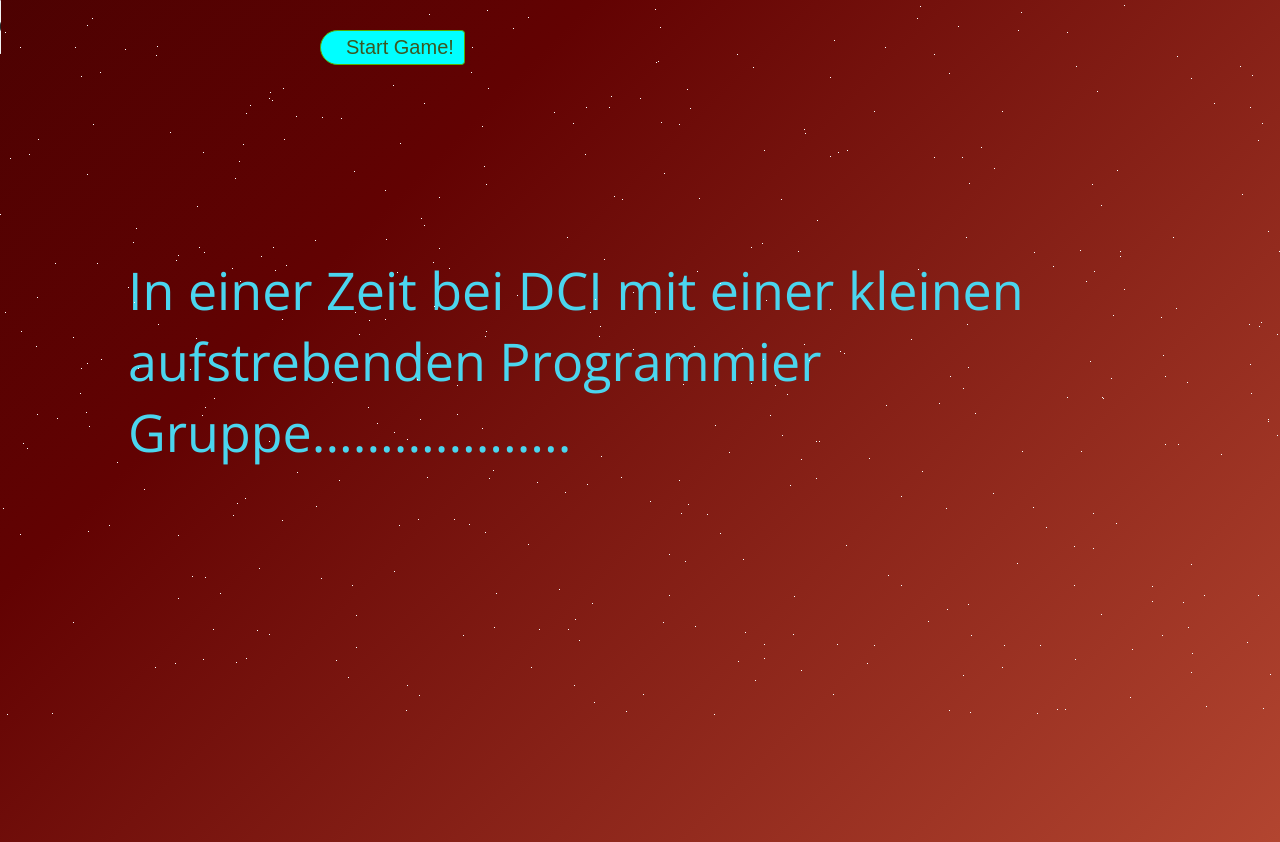
Repository: Der-Metatron/Projekt-Omega-Sprotte
Page: /
The author's editor kept a copy of each file at every save. The page is drawn from the files as they stood at one save, then again after the next save.
The browser window is 1280 px wide. The pictures show the whole page.
The project was rebuilt for these pictures with package versions that can differ from the ones it lists, and the page was loaded fresh each time. Also part of the build but not shown: src/services/game-control.js, src/components/GameCanvas.jsx, src/components/Footer.jsx.

Above is the page before, as saved 2022-06-23 20:49:01.

After the next save:
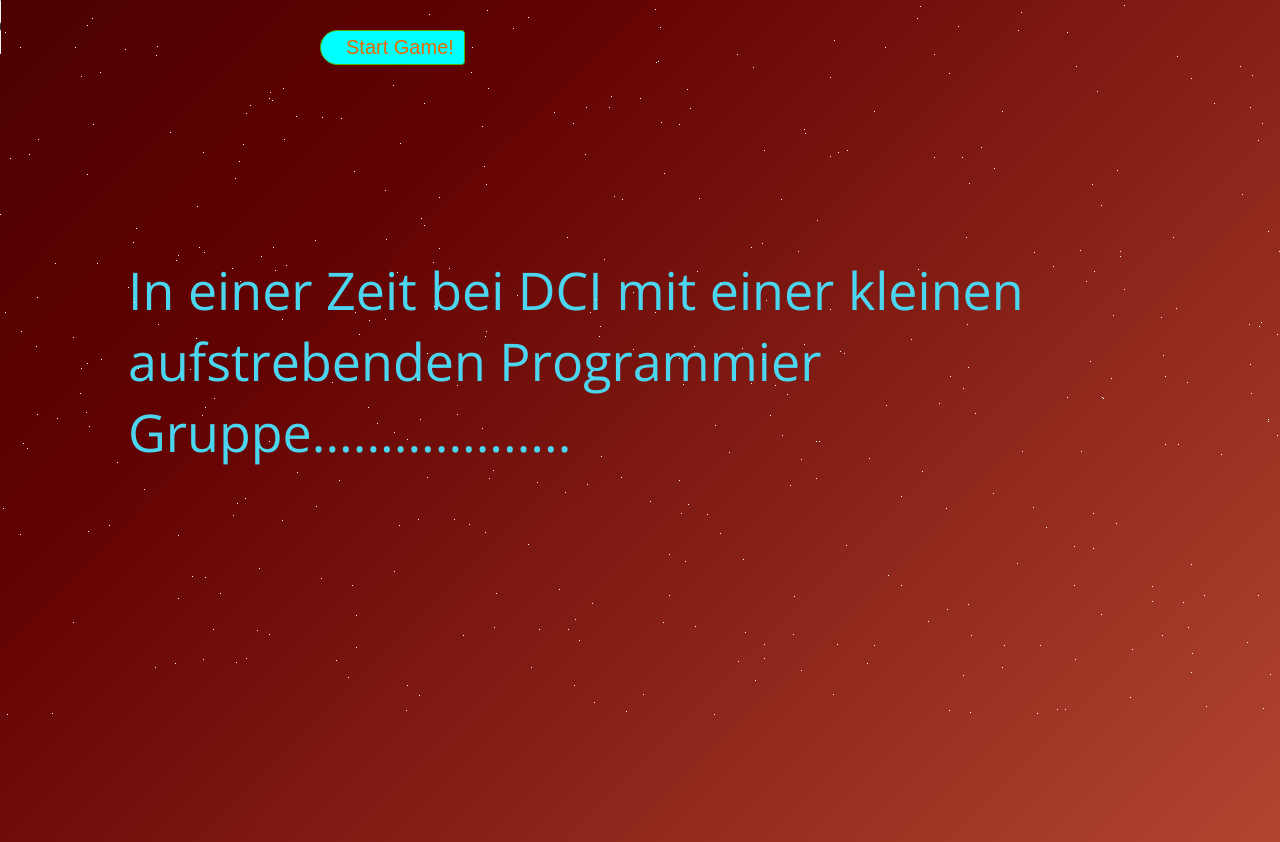
Saved 18 s later.
--- a/src/components/Welcome.css
+++ b/src/components/Welcome.css
@@ -137,7 +137,7 @@
   border: 1px solid #56ae00;
   border-radius: 25px 5px 5px 25px;
   background-color: aqua;
-  color: #3c5721;
+  color: #e96901;
   padding: 5px 10px 5px 25px;
 }
 .startbutton:hover {
